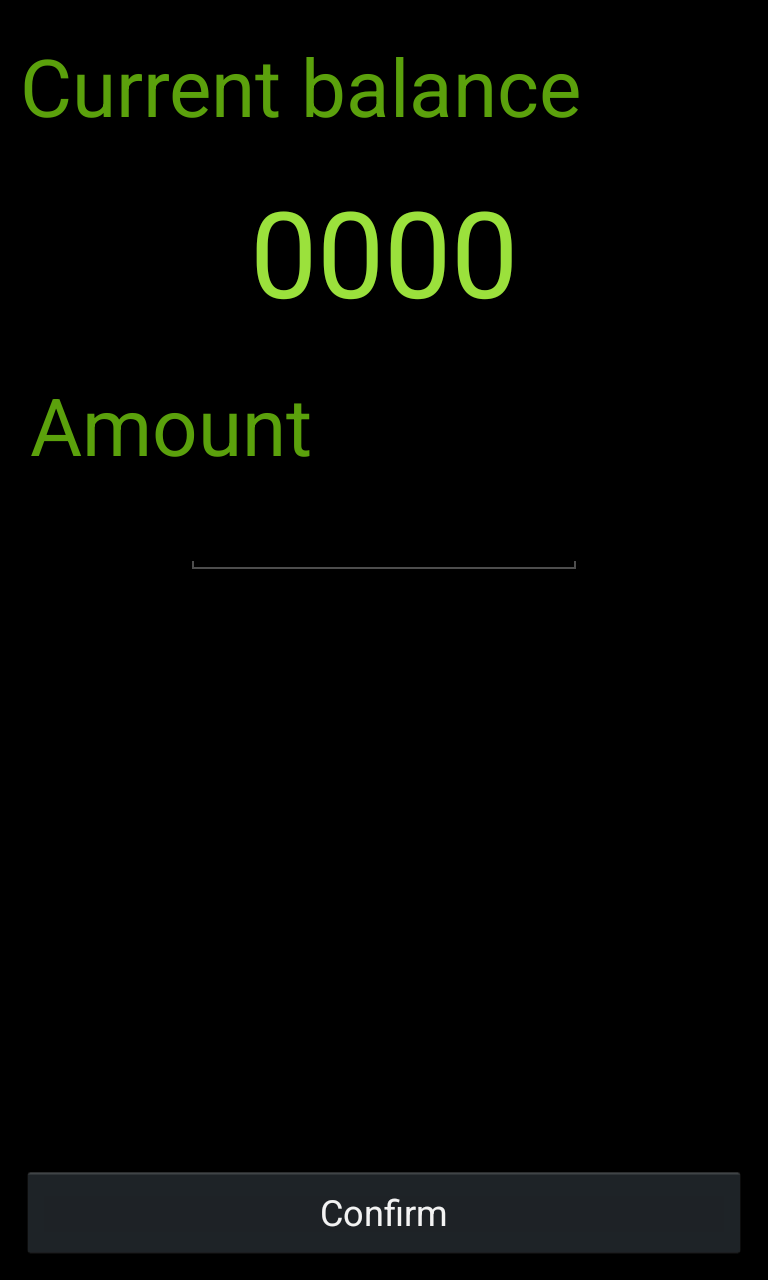
Repository: rrafols/EcoHack
Layout: EcoWalletAndroid/res/layout/payment_layout.xml
These files come from the project's save history. The layout is drawn as it stood at one moment and after the next save; the edit follows.
It is drawn on a 768 x 1280 px phone screen (xhdpi) without system bars, with theme android:Theme.Holo; the app's code is not run.

Above is the layout before, as saved 2014-02-23 05:45:40.

After the next save:
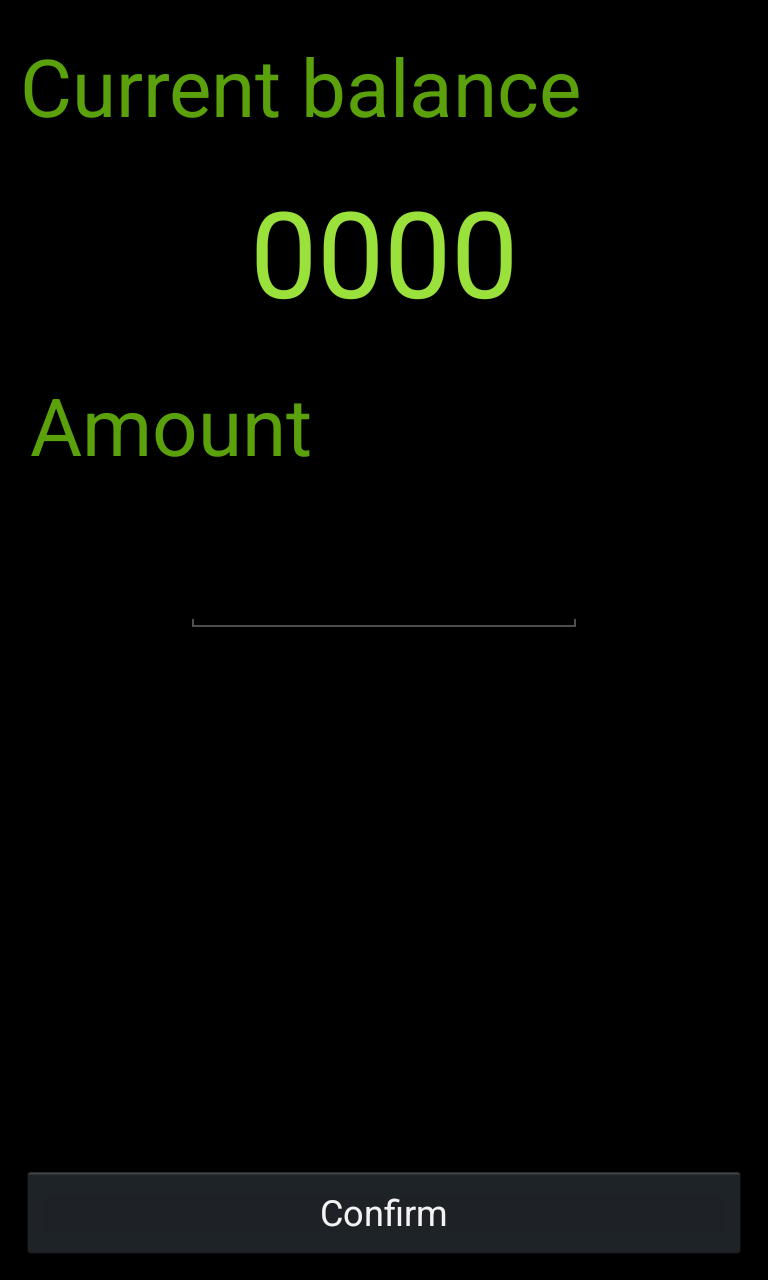
Saved 25 s later.
--- a/EcoWalletAndroid/res/layout/payment_layout.xml
+++ b/EcoWalletAndroid/res/layout/payment_layout.xml
@@ -49,6 +49,7 @@
             android:layout_height="wrap_content"
             android:layout_gravity="center_horizontal"
             android:ems="20"
+            android:textSize="40sp"
             android:inputType="number" />
     </LinearLayout>
 
